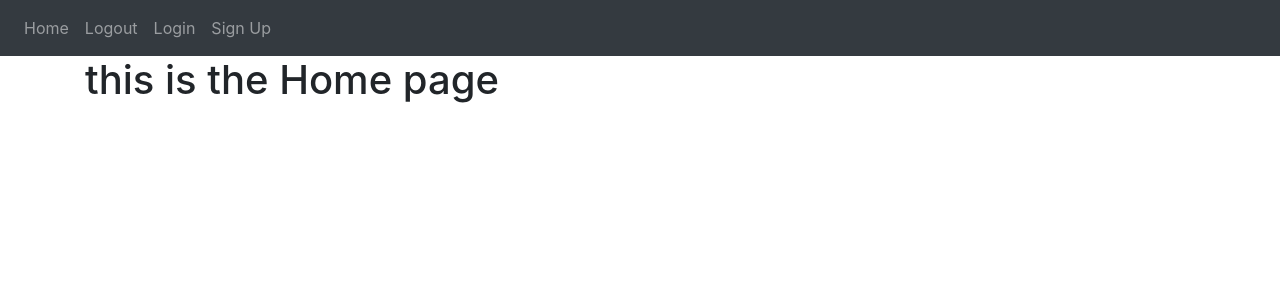
Repository: seafgomaa/userdashboard-flask
Page: http://localhost/
An editor plug-in stored every save of this project. The page is shown before and after the next save, followed by the edit.
The browser window is 1280 px wide. The pictures show the whole page.
Some web libraries are served in a nearby version. The page is served by the project's application, run on Flask 3 (website/__init__.py). Other server files are loaded and not shown.

Above is the page before, as saved 2022-08-11 18:14:45.

### website/templates/home.html
{% extends "base.html" %}
{% block title %}Home{% endblock %}
{% block content %}
<h1> this is the Home page </h1>
{% endblock %}

### website/templates/base.html
<!DOCTYPE html>
<html>

<head>
    <meta charset="utf-8" />
    <meta name="viewport" content="width=device-width, initial-scale=1" />
    <link rel="stylesheet" href="https://stackpath.bootstrapcdn.com/bootstrap/4.4.1/css/bootstrap.min.css"
        integrity="sha384-Vkoo8x4CGsO3+Hhxv8T/Q5PaXtkKtu6ug5TOeNV6gBiFeWPGFN9MuhOf23Q9Ifjh" crossorigin="anonymous" />
    <link rel="stylesheet" href="https://stackpath.bootstrapcdn.com/font-awesome/4.7.0/css/font-awesome.min.css"
        crossorigin="anonymous" />

    <title>{% block title %}Home{% endblock %}</title>
</head>

<body>
    <nav class="navbar navbar-expand-lg navbar-dark bg-dark">
        <button class="navbar-toggler" type="button" data-toggle="collapse" data-target="#navbar">
            <span class="navbar-toggler-icon"></span>
        </button>
        <div class="collapse navbar-collapse" id="navbar">
            <div class="navbar-nav">

                <a class="nav-item nav-link" id="home" href="/">Home</a>
                <a class="nav-item nav-link" id="logout" href="/logout">Logout</a>

                <a class="nav-item nav-link" id="login" href="/login">Login</a>
                <a class="nav-item nav-link" id="signUp" href="/signup">Sign Up</a>

            </div>
        </div>
    </nav>

    <div class="container">{% block content %} {% endblock %}</div>
    <script src="https://code.jquery.com/jquery-3.2.1.slim.min.js"
        integrity="sha384-KJ3o2DKtIkvYIK3UENzmM7KCkRr/rE9/Qpg6aAZGJwFDMVNA/GpGFF93hXpG5KkN"
        crossorigin="anonymous"></script>
    <script src="https://cdnjs.cloudflare.com/ajax/libs/popper.js/1.12.9/umd/popper.min.js"
        integrity="sha384-ApNbgh9B+Y1QKtv3Rn7W3mgPxhU9K/ScQsAP7hUibX39j7fakFPskvXusvfa0b4Q"
        crossorigin="anonymous"></script>
    <script src="https://maxcdn.bootstrapcdn.com/bootstrap/4.0.0/js/bootstrap.min.js"
        integrity="sha384-JZR6Spejh4U02d8jOt6vLEHfe/JQGiRRSQQxSfFWpi1MquVdAyjUar5+76PVCmYl"
        crossorigin="anonymous"></script>

    <script type="text/javascript" src="{{ url_for('static', filename='index.js') }}"></script>

</body>

</html>

### website/views.py
from flask import Blueprint, render_template

views = Blueprint('viwes', __name__)


@views.route('/')
def home():
    return render_template("home.html")

### website/__init__.py
from flask import Flask

def create_app():
    app = Flask(__name__)
    app.config['SECRET_KEY'] = 'seaf'

    from .views import views
    from .auth import auth
    app.register_blueprint(views, url_prefix = '/')
    app.register_blueprint(auth, url_prefix='/')

    return app

Loaded but not shown: website/static/index.js (no copy from this time; the picture is the same without it)

After the next save:
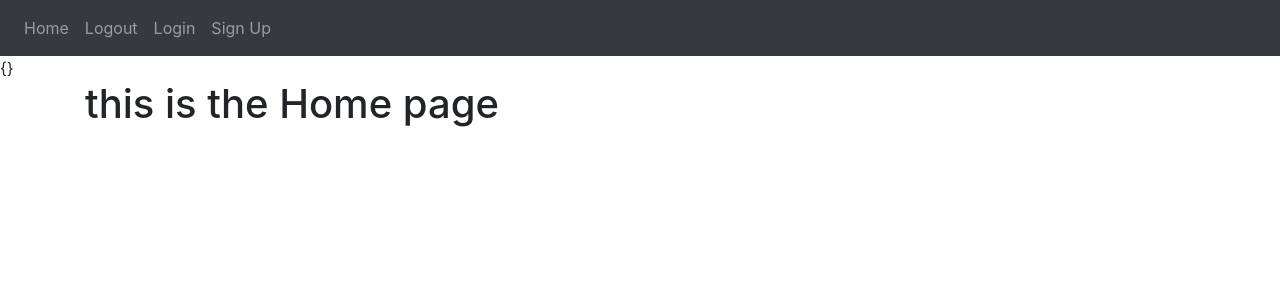
Saved 4 s later.
--- a/website/templates/base.html
+++ b/website/templates/base.html
@@ -29,7 +29,7 @@
             </div>
         </div>
     </nav>
-
+    {}
     <div class="container">{% block content %} {% endblock %}</div>
     <script src="https://code.jquery.com/jquery-3.2.1.slim.min.js"
         integrity="sha384-KJ3o2DKtIkvYIK3UENzmM7KCkRr/rE9/Qpg6aAZGJwFDMVNA/GpGFF93hXpG5KkN"
